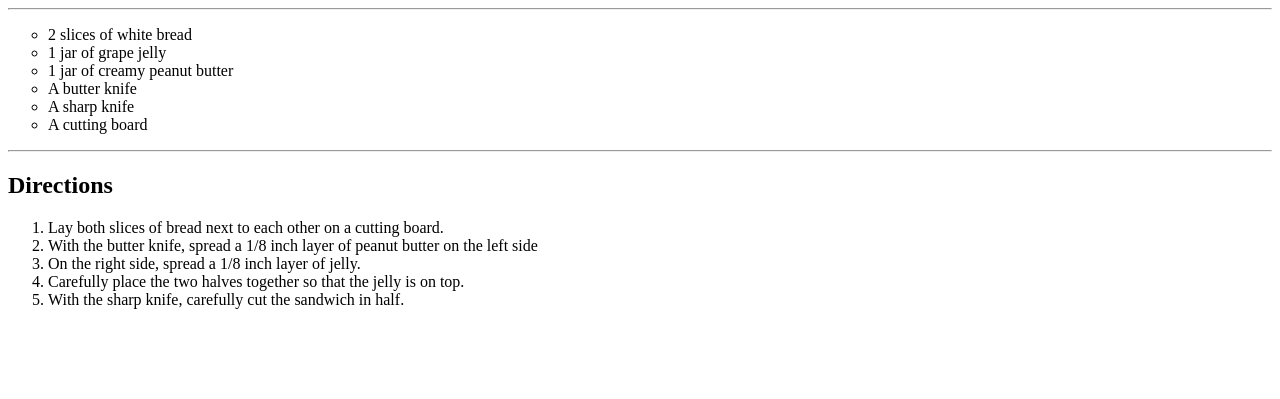
Repository: 9-5-pursuit/lab-intro-to-html
Page: recipe.html
These files come from the project's save history. The page is drawn as it stood at one moment and after the next save; the edit follows.
The browser window is 1280 px wide. The pictures show the whole page.

Above is the page before, as saved 2023-02-28 08:11:38.

After the next save:
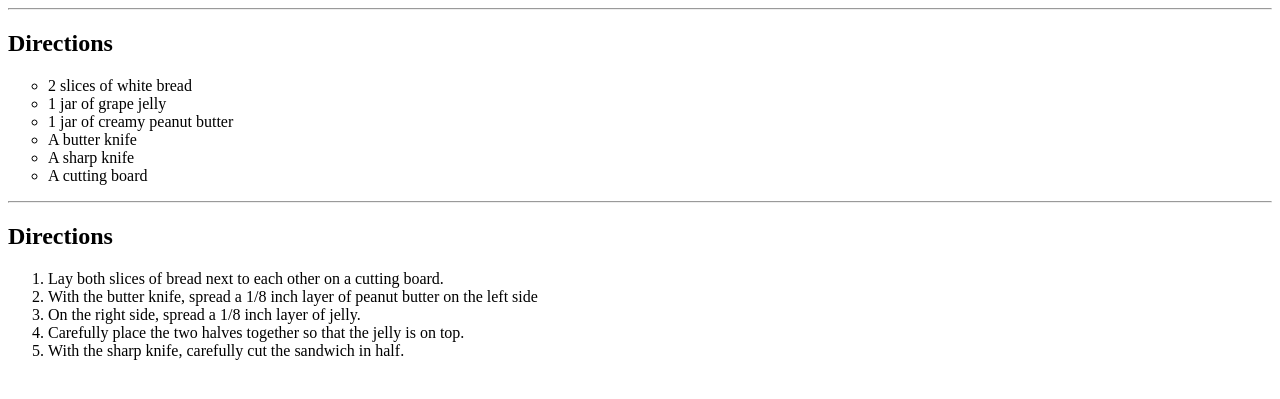
Saved 29 s later.
--- a/recipe.html
+++ b/recipe.html
@@ -13,7 +13,7 @@
     </header>
     <main>
       <div>
-        <!-- Ingredients -->
+        <h2>Directions</h2>
         <ul type="circle" >
           <li>2 slices of white bread</li>
           <li>1 jar of grape jelly</li>
